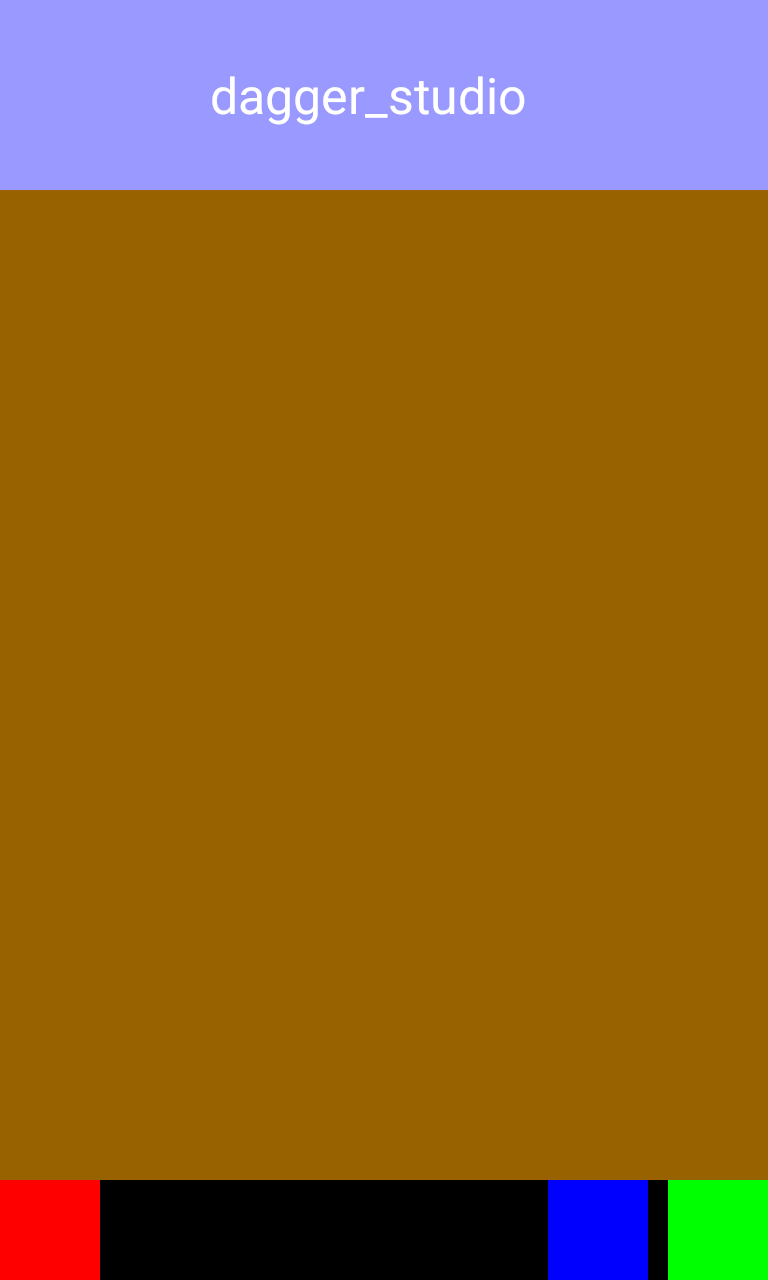
Repository: zhaoguoquan94/Purified
Layout: Android/Purified/res/layout/activity_main_drawer.xml
An editor plug-in stored every save of this project. The layout is shown before and after the next save, followed by the edit.
It is drawn on a 768 x 1280 px phone screen (xhdpi) without system bars, with theme android:Theme; the app's code is not run.

Above is the layout before, as saved 2014-07-02 06:29:09.

After the next save:
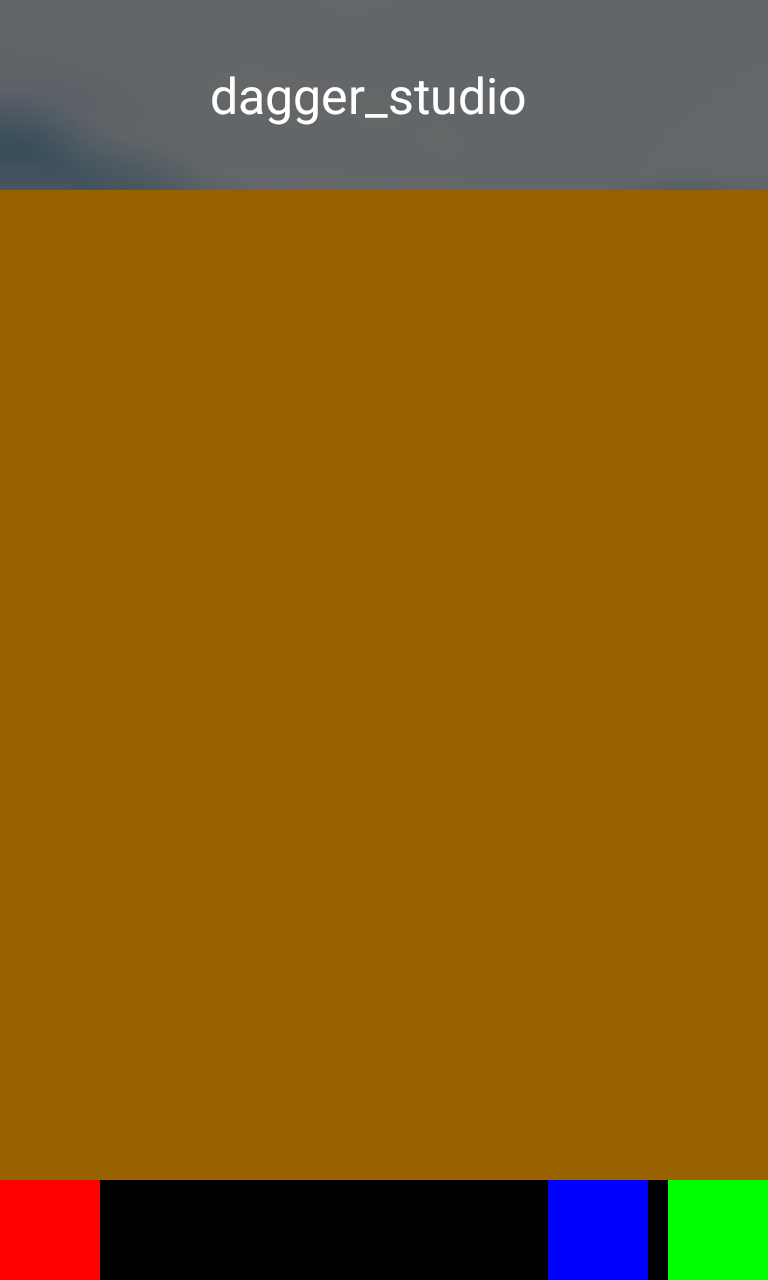
Saved 9 min 41 s later.
--- a/Android/Purified/res/layout/activity_main_drawer.xml
+++ b/Android/Purified/res/layout/activity_main_drawer.xml
@@ -2,7 +2,7 @@
 <LinearLayout xmlns:android="http://schemas.android.com/apk/res/android"
     android:layout_width="match_parent"
     android:layout_height="match_parent"
-    android:background="#9999FF"
+    android:background="@drawable/drawer_back"
     android:orientation="vertical" >
 
     <LinearLayout
